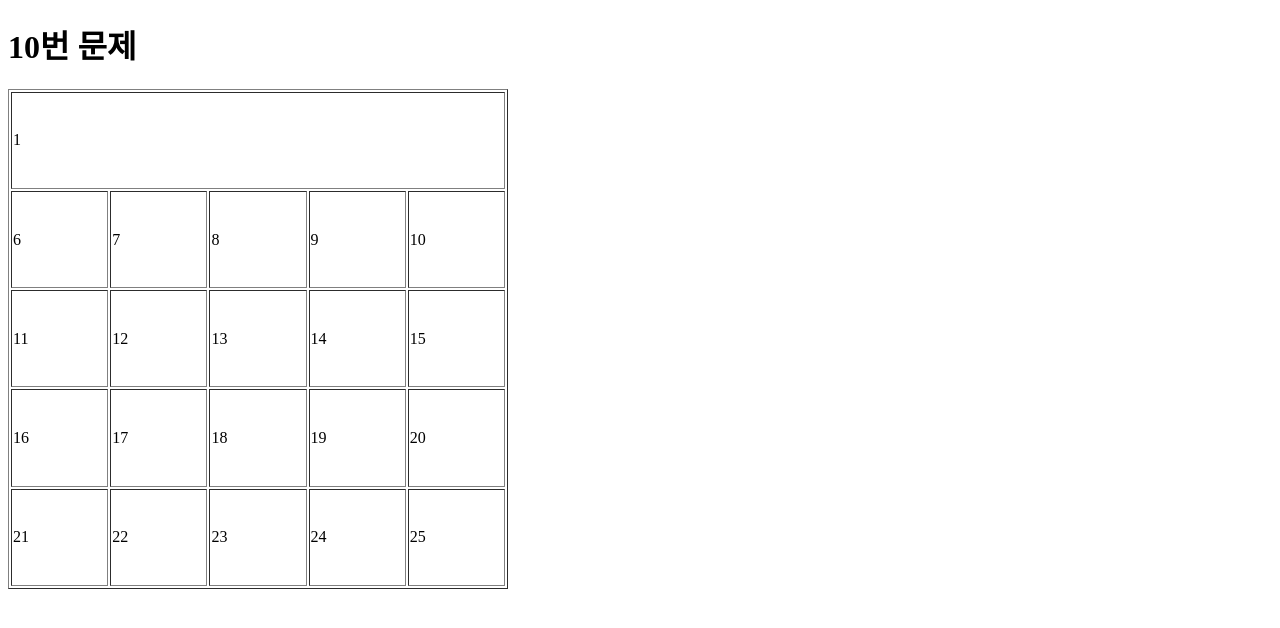
Repository: heoSuKyeong/client_Ssanyong
Page: ClientTest/src/main/webapp/html/q010.html
The author's editor kept a copy of each file at every save. The page is drawn from the files as they stood at one save, then again after the next save.
The browser window is 1280 px wide. The pictures show the whole page.

Above is the page before, as saved 2023-09-21 02:15:06.

After the next save:
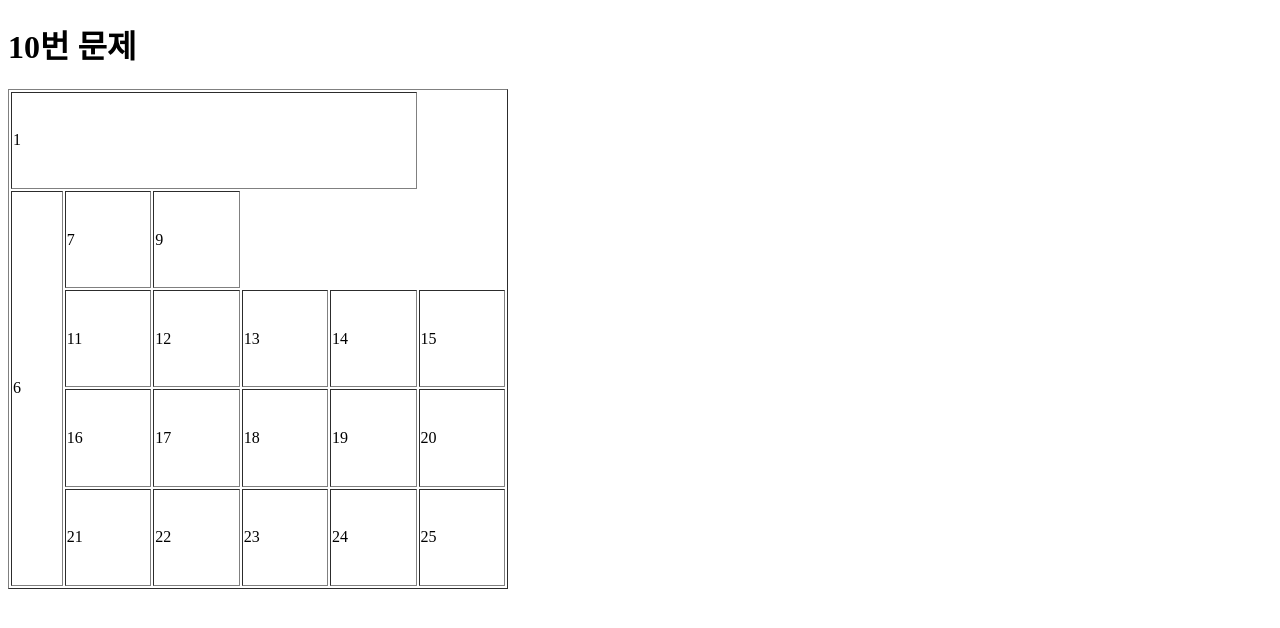
Saved 40 s later.
--- a/ClientTest/src/main/webapp/html/q010.html
+++ b/ClientTest/src/main/webapp/html/q010.html
@@ -18,11 +18,11 @@
 <!-- 			<td>5</td> -->
 		</tr>
 		<tr>
-			<td>6</td>
+			<td rowspan="4">6</td>
 			<td>7</td>
-			<td>8</td>
+<!-- 			<td>8</td> -->
 			<td>9</td>
-			<td>10</td>
+<!-- 			<td>10</td> -->
 		</tr>
 		<tr>
 			<td>11</td>
